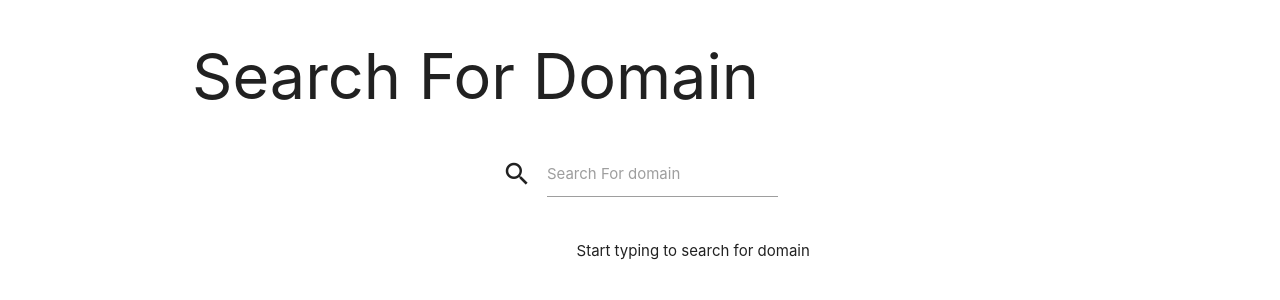
Repository: habib-urrehmaan/domain-name-searcher
Page: / (app in client/)
An editor plug-in stored every save of this project. The page is shown before and after the next save, followed by the edit.
The browser window is 1280 px wide. The pictures show the whole page.
The project was rebuilt for these pictures with package versions that can differ from the ones it lists, and the page was loaded fresh each time.

Above is the page before, as saved 2020-04-17 18:11:15.

After the next save:
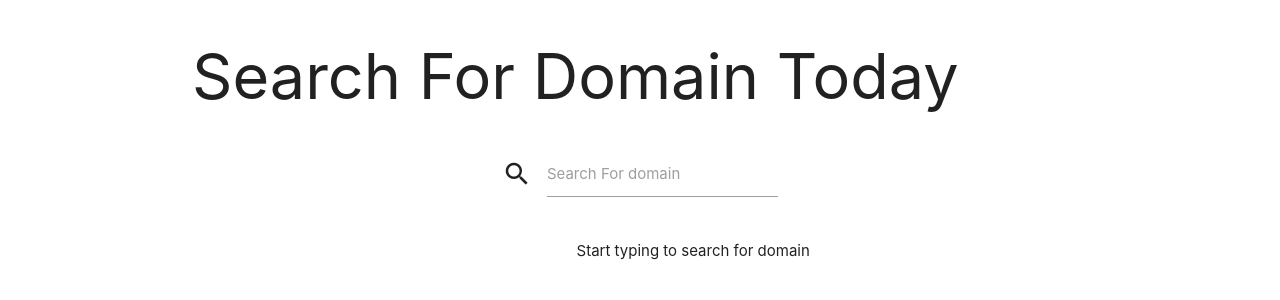
Saved 6 s later.
--- a/client/src/Search.js
+++ b/client/src/Search.js
@@ -27,7 +27,7 @@ class Search extends Component {
     render() {
         return (
             <div>
-                <h1>Search For Domain</h1>
+                <h1>Search For Domain Today</h1>
                 <div className="row">
                     <div className="input-field col offset-s4 s4">
                         <i className="material-icons prefix">search</i>
